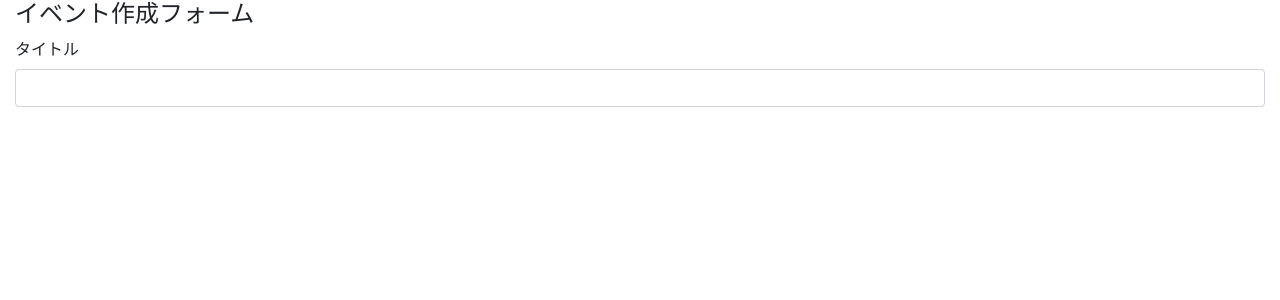
Repository: yujiuehara/my-app
Page: /
An editor plug-in stored every save of this project. The page is shown before and after the next save, followed by the edit.
The browser window is 1280 px wide. The pictures show the whole page.
The project was rebuilt for these pictures with package versions that can differ from the ones it lists, and the page was loaded fresh each time.

Above is the page before, as saved 2020-05-04 02:08:04.

After the next save:
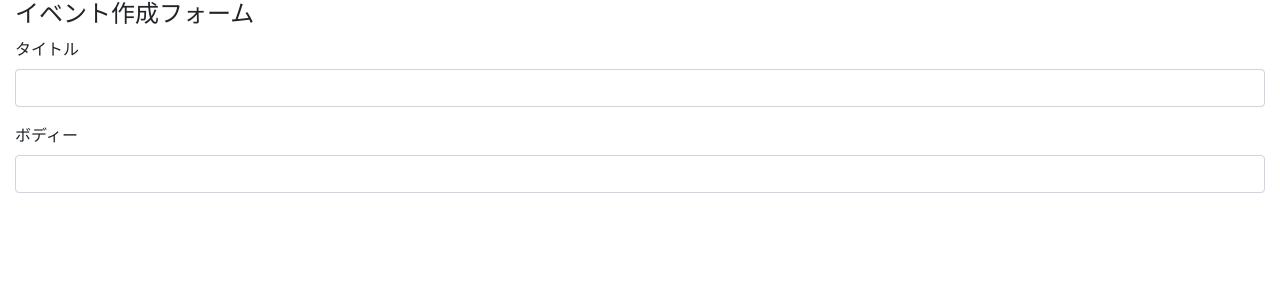
Saved 51 s later.
--- a/src/components/App.js
+++ b/src/components/App.js
@@ -10,6 +10,11 @@ const App = () => {
           <label htmlFor="formEventTitle">タイトル</label>
           <input className="form-control" id="formEventTitle"/>
         </div>
+
+        <div className="form-group">
+          <label htmlFor="formEventTitle">ボディー</label>
+          <input className="form-control" id="formEventTitle"/>
+        </div>
       </form>
     </div>
   );
